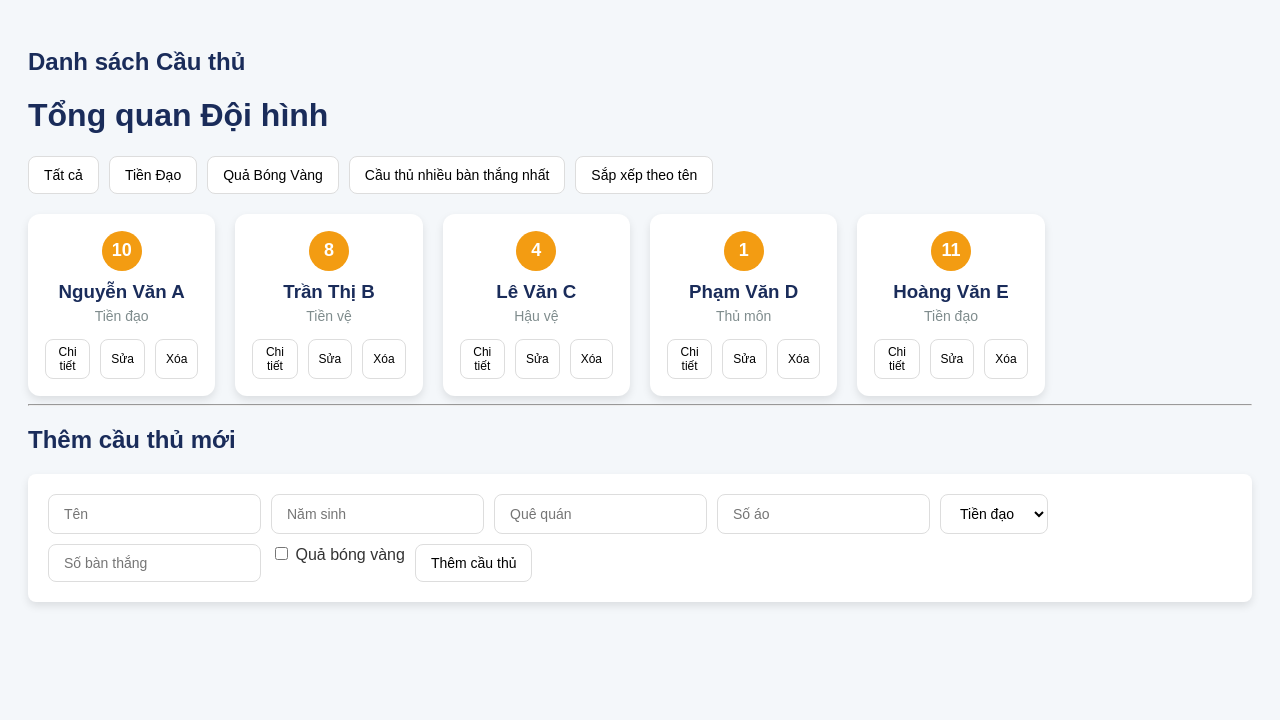
Repository: binhphanbp/ECMAScript_WEB501_WD20301
Page: Lab/Lab6-final/index.html
An editor plug-in stored every save of this project. The page is shown before and after the next save, followed by the edit.
The browser window is 1280 px wide. The pictures show the whole page.

Above is the page before, as saved 2025-10-14 08:50:29.

### Lab/Lab6-final/index.html
<!DOCTYPE html>
<html lang="vi">
  <head>
    <meta charset="UTF-8" />
    <meta name="viewport" content="width=device-width, initial-scale=1.0" />
    <title>Quản Lý Đội Hình</title>
    <link rel="stylesheet" href="style.css" />
  </head>
  <body>
    <div class="app-layout">
      <aside class="sidebar">
        <div class="sidebar-header">
          <h2>Danh sách Cầu thủ</h2>
        </div>
        <ul id="sidebar-player-list" class="sidebar-list"></ul>
      </aside>

      <main class="main-content">
        <h1>Tổng quan Đội hình</h1>
        <div class="controls">
          <button id="btn-all">Tất cả</button>
          <button id="btn-forwards">Tiền Đạo</button>
          <button id="btn-golden-ball">Quả Bóng Vàng</button>
          <button id="btn-top-scorer">Cầu thủ nhiều bàn thắng nhất</button>
          <button id="btn-sort-by-name">Sắp xếp theo tên</button>
        </div>

        <div id="player-list" class="player-grid"></div>

        <hr />

        <h2>Thêm cầu thủ mới</h2>
        <form id="add-player-form">
          <input type="text" id="name" placeholder="Tên" required />
          <input type="number" id="birthYear" placeholder="Năm sinh" required />
          <input type="text" id="hometown" placeholder="Quê quán" required />
          <input type="number" id="jerseyNumber" placeholder="Số áo" required />
          <select id="position" required>
            <option value="Tiền đạo">Tiền đạo</option>
            <option value="Tiền vệ">Tiền vệ</option>
            <option value="Hậu vệ">Hậu vệ</option>
            <option value="Thủ môn">Thủ môn</option>
          </select>
          <input type="number" id="goals" placeholder="Số bàn thắng" required />
          <label>
            <input type="checkbox" id="isBallonDorWinner" /> Quả bóng vàng
          </label>
          <button type="submit">Thêm cầu thủ</button>
        </form>
      </main>
    </div>

    <script type="module" src="js/main.js"></script>
  </body>
</html>

### Lab/Lab6-final/style.css
/* style.css */
body {
  font-family: Arial, sans-serif;
  background-color: #f4f7fa;
  color: #333;
  display: flex;
  justify-content: center;
  padding: 20px;
}
.container {
  width: 100%;
  max-width: 900px;
}
h1,
h2 {
  color: #1a2c5a;
}
.controls {
  margin-bottom: 20px;
  display: flex;
  flex-wrap: wrap;
  gap: 10px;
}
button,
select,
input {
  padding: 10px 15px;
  border: 1px solid #ddd;
  border-radius: 8px;
  background-color: #fff;
  cursor: pointer;
  font-size: 14px;
}
button:hover {
  background-color: #e9eff5;
}
button.active {
  background-color: #0056b3;
  color: white;
  border-color: #0056b3;
}
.player-grid {
  display: grid;
  grid-template-columns: repeat(auto-fill, minmax(180px, 1fr));
  gap: 20px;
}
.player-card {
  background-color: white;
  border-radius: 12px;
  padding: 15px;
  text-align: center;
  box-shadow: 0 4px 8px rgba(0, 0, 0, 0.1);
  transition: transform 0.2s;
  border: 2px solid transparent;
}
.player-card:hover {
  transform: translateY(-5px);
  border-color: #0056b3;
}
.player-card .jersey-number {
  width: 40px;
  height: 40px;
  border-radius: 50%;
  background-color: #f39c12;
  color: white;
  display: flex;
  align-items: center;
  justify-content: center;
  font-weight: bold;
  font-size: 18px;
  margin: 0 auto 10px;
}
.player-card h3 {
  margin: 0 0 5px 0;
  color: #1a2c5a;
}
.player-card p {
  margin: 0;
  color: #7f8c8d;
  font-size: 14px;
}
.player-card .actions {
  margin-top: 15px;
  display: flex;
  justify-content: center;
  gap: 10px;
}
.actions button {
  padding: 5px 10px;
  font-size: 12px;
}
form {
  display: flex;
  flex-wrap: wrap;
  gap: 10px;
  background-color: #fff;
  padding: 20px;
  border-radius: 8px;
  box-shadow: 0 4px 8px rgba(0, 0, 0, 0.1);
}

### Lab/Lab6-final/js/main.js
// js/main.js
import Player from './models/Player.js';

// ✅ Yêu cầu: arr lưu mảng danh sách cầu thủ
let playerList = [
  new Player('Nguyễn Văn A', 1995, 'Hà Nội', 10, 'Tiền đạo', 25, true),
  new Player('Trần Thị B', 1998, 'Đà Nẵng', 8, 'Tiền vệ', 10),
  new Player('Lê Văn C', 1993, 'TP.HCM', 4, 'Hậu vệ', 2),
  new Player('Phạm Văn D', 1999, 'Cần Thơ', 1, 'Thủ môn', 0),
  new Player('Hoàng Văn E', 1997, 'Hải Phòng', 11, 'Tiền đạo', 30),
];

// Lấy các element từ DOM
const playerListContainer = document.getElementById('player-list');
const addPlayerForm = document.getElementById('add-player-form');

/**
 * Hàm render danh sách cầu thủ ra giao diện
 * @param {Player[]} players - Mảng các cầu thủ cần hiển thị
 */
const renderPlayers = (players) => {
  playerListContainer.innerHTML = ''; // Xóa danh sách cũ

  players.forEach((player, index) => {
    // Tạo card cho mỗi cầu thủ
    const playerCard = document.createElement('div');
    playerCard.className = 'player-card';
    playerCard.innerHTML = `
            <div class="jersey-number">${player.jerseyNumber}</div>
            <h3>${player.name}</h3>
            <p>${player.position}</p>
            <div class="actions">
                <button class="btn-detail" data-index="${index}">Chi tiết</button>
                <button class="btn-edit" data-index="${index}">Sửa</button>
                <button class="btn-delete" data-index="${index}">Xóa</button>
            </div>
        `;
    playerListContainer.appendChild(playerCard);
  });
};

/**
 * Xử lý các sự kiện click trên các nút trong card cầu thủ
 */
const handlePlayerCardActions = (event) => {
  const target = event.target;
  const playerIndex = target.dataset.index;

  if (!playerIndex) return;

  const player = playerList[playerIndex];

  // ✅ Yêu cầu: Lấy chi tiết thông tin: quê quán, tuổi của cầu thủ
  if (target.classList.contains('btn-detail')) {
    alert(`
            --- Chi tiết cầu thủ ---
            Tên: ${player.name}
            Tuổi: ${player.getAge()}
            Quê quán: ${player.getHometown()}
            Vị trí: ${player.getPosition()}
            Số bàn thắng: ${player.getGoals()}
        `);
  }

  // ✅ Yêu cầu: Sửa quê quán
  if (target.classList.contains('btn-edit')) {
    const newHometown = prompt(
      `Nhập quê quán mới cho ${player.name}:`,
      player.getHometown()
    );
    if (newHometown) {
      player.setHometown(newHometown);
      alert(`Đã cập nhật quê quán cho ${player.name}.`);
      // Không cần render lại vì thông tin này chỉ hiện ở alert
    }
  }

  // ✅ Yêu cầu tự thêm (CRUD): Xóa cầu thủ
  if (target.classList.contains('btn-delete')) {
    const confirmDelete = confirm(
      `Bạn có chắc muốn xóa cầu thủ ${player.name}?`
    );
    if (confirmDelete) {
      playerList.splice(playerIndex, 1); // Xóa khỏi mảng
      renderPlayers(playerList); // Render lại danh sách
    }
  }
};

// =================================================================
// XỬ LÝ CÁC BỘ LỌC VÀ CHỨC NĂNG
// =================================================================

// ✅ Yêu cầu: Tìm cầu thủ là quả bóng vàng
document.getElementById('btn-golden-ball').addEventListener('click', () => {
  const goldenBallPlayers = playerList.filter((player) =>
    player.isGoldenBallWinner()
  );
  renderPlayers(goldenBallPlayers);
});

// ✅ Yêu cầu: Cầu thủ ở vị trí tiền đạo
document.getElementById('btn-forwards').addEventListener('click', () => {
  const forwards = playerList.filter(
    (player) => player.getPosition() === 'Tiền đạo'
  );
  renderPlayers(forwards);
});

// Hiển thị tất cả
document.getElementById('btn-all').addEventListener('click', () => {
  renderPlayers(playerList);
});

// ✅ Yêu cầu: Lấy số bàn thắng lớn nhất
document.getElementById('btn-top-scorer').addEventListener('click', () => {
  if (playerList.length === 0) {
    alert('Không có cầu thủ nào trong danh sách.');
    return;
  }
  const topScorer = playerList.reduce((prev, current) =>
    prev.getGoals() > current.getGoals() ? prev : current
  );
  alert(
    `Cầu thủ có nhiều bàn thắng nhất là ${
      topScorer.name
    } với ${topScorer.getGoals()} bàn.`
  );
  renderPlayers([topScorer]); // Chỉ hiển thị cầu thủ này
});

// ✅ Yêu cầu tự thêm: Sắp xếp danh sách cầu thủ theo tên (A-Z)
document.getElementById('btn-sort-by-name').addEventListener('click', () => {
  const sortedList = [...playerList].sort((a, b) =>
    a.name.localeCompare(b.name)
  );
  renderPlayers(sortedList);
});

// ✅ Yêu cầu tự thêm (CRUD): Thêm cầu thủ mới
addPlayerForm.addEventListener('submit', (event) => {
  event.preventDefault(); // Ngăn form reload trang

  const newPlayer = new Player(
    document.getElementById('name').value,
    parseInt(document.getElementById('birthYear').value),
    document.getElementById('hometown').value,
    parseInt(document.getElementById('jerseyNumber').value),
    document.getElementById('position').value,
    parseInt(document.getElementById('goals').value),
    document.getElementById('isBallonDorWinner').checked
  );

  playerList.push(newPlayer);
  renderPlayers(playerList);
  addPlayerForm.reset(); // Xóa các trường trong form
});

// =================================================================
// KHỞI TẠO ỨNG DỤNG
// =================================================================

// ✅ Yêu cầu Lab 6: sự kiện onload
window.addEventListener('DOMContentLoaded', () => {
  console.log('DOM đã tải xong. Bắt đầu ứng dụng.');
  renderPlayers(playerList);

  // Gán 1 event listener cho toàn bộ container để xử lý các click bên trong nó
  playerListContainer.addEventListener('click', handlePlayerCardActions);
});

### Lab/Lab6-final/js/models/Player.js
// js/models/Player.js
import Person from './Person.js'; // Import class cha

class Player extends Person {
  constructor(
    name,
    birthYear,
    hometown,
    jerseyNumber,
    position,
    goals,
    isBallonDorWinner = false
  ) {
    // Gọi constructor của class cha (Person)
    super(name, birthYear, hometown);

    this.jerseyNumber = jerseyNumber;
    this.position = position;
    this.goals = goals;
    this.isBallonDorWinner = isBallonDorWinner; // Cầu thủ có phải quả bóng vàng không
  }

  // Ghi đè phương thức getInfo của cha để thêm thông tin cầu thủ
  getInfo() {
    const personInfo = super.getInfo();
    return `${personInfo}\nSố áo: ${this.jerseyNumber}, Vị trí: ${this.position}, Số bàn thắng: ${this.goals}`;
  }

  // Kiểm tra có phải quả bóng vàng không
  isGoldenBallWinner() {
    return this.isBallonDorWinner;
  }

  // Lấy vị trí
  getPosition() {
    return this.position;
  }

  // Lấy số bàn thắng
  getGoals() {
    return this.goals;
  }
}

// Export class để file khác có thể import
export default Player;

### Lab/Lab6-final/js/models/Person.js
// js/models/Person.js

class Person {
  constructor(name, birthYear, hometown) {
    this.name = name;
    this.birthYear = birthYear;
    this.hometown = hometown;
  }

  // Lấy thông tin cơ bản
  getInfo() {
    return `Tên: ${this.name}, Năm sinh: ${this.birthYear}, Quê quán: ${this.hometown}`;
  }

  // Lấy tuổi
  getAge() {
    const currentYear = new Date().getFullYear();
    return currentYear - this.birthYear;
  }

  // Lấy quê quán
  getHometown() {
    return this.hometown;
  }

  // Sửa quê quán
  setHometown(newHometown) {
    this.hometown = newHometown;
    console.log(`${this.name} đã đổi quê quán thành ${this.hometown}.`);
  }
}

// Export class để file khác có thể import
export default Person;

After the next save:
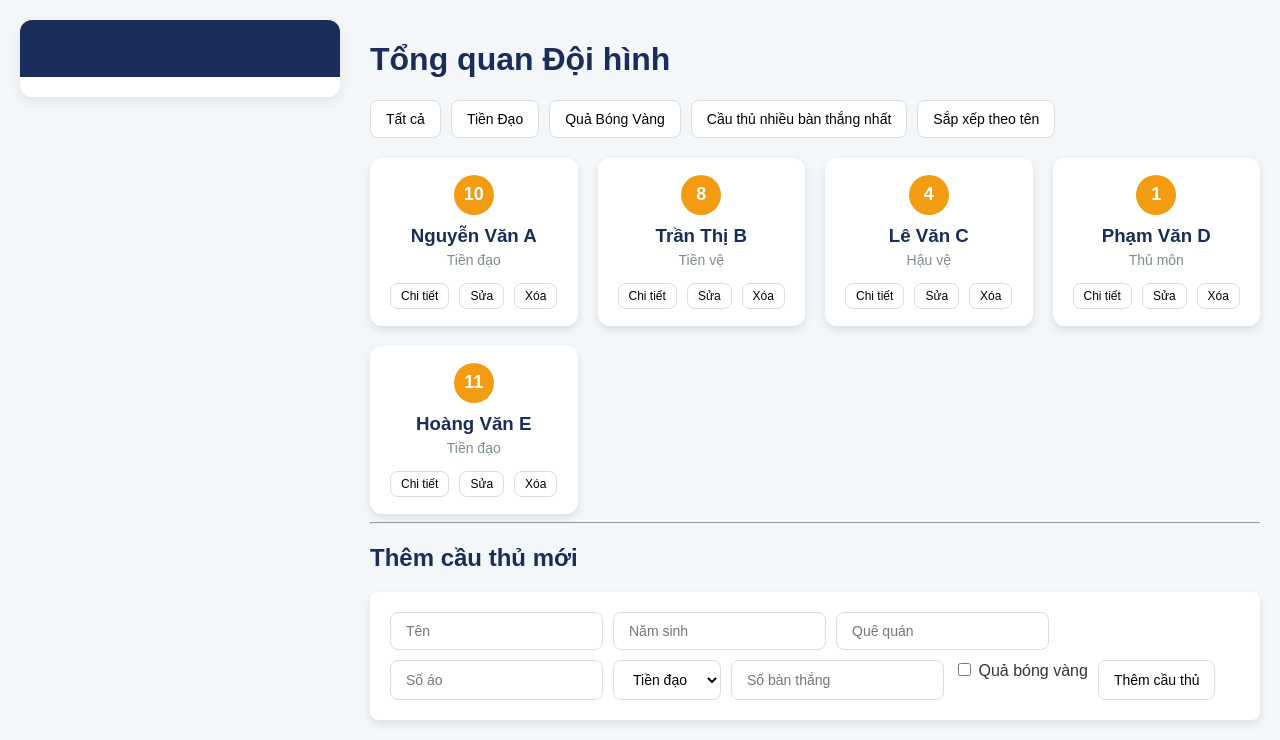
Saved 6 s later.
--- a/Lab/Lab6-final/style.css
+++ b/Lab/Lab6-final/style.css
@@ -3,14 +3,71 @@ body {
   font-family: Arial, sans-serif;
   background-color: #f4f7fa;
   color: #333;
-  display: flex;
-  justify-content: center;
+  margin: 0;
   padding: 20px;
 }
-.container {
-  width: 100%;
-  max-width: 900px;
+
+/* === BỐ CỤC 2 CỘT === */
+.app-layout {
+  display: flex;
+  gap: 30px; /* Khoảng cách giữa 2 cột */
+  max-width: 1400px;
+  margin: 0 auto;
 }
+
+/* === CỘT TRÁI - SIDEBAR === */
+.sidebar {
+  width: 320px;
+  flex-shrink: 0; /* Không co lại khi màn hình hẹp */
+  background-color: #ffffff;
+  border-radius: 12px;
+  box-shadow: 0 4px 12px rgba(0, 0, 0, 0.08);
+  height: fit-content; /* Chiều cao vừa với nội dung */
+}
+
+.sidebar-header {
+  background-color: #1a2c5a;
+  color: white;
+  padding: 18px 20px;
+  border-radius: 12px 12px 0 0;
+  margin: 0;
+}
+
+.sidebar-header h2 {
+  margin: 0;
+  font-size: 18px;
+}
+
+.sidebar-list {
+  list-style: none;
+  padding: 0 20px 20px 20px;
+  margin: 0;
+}
+
+.sidebar-list li {
+  display: flex;
+  justify-content: space-between;
+  align-items: center;
+  padding: 15px 0;
+  border-bottom: 1px solid #f0f0f0;
+}
+
+.sidebar-list li:last-child {
+  border-bottom: none;
+}
+
+.sidebar-list .player-info p {
+  margin: 0;
+  color: #7f8c8d;
+  font-size: 14px;
+}
+
+/* === CỘT PHẢI - NỘI DUNG CHÍNH === */
+.main-content {
+  flex-grow: 1; /* Lấp đầy không gian còn lại */
+}
+
+/* Các style cũ vẫn giữ nguyên */
 h1,
 h2 {
   color: #1a2c5a;
@@ -33,11 +90,6 @@ input {
 }
 button:hover {
   background-color: #e9eff5;
-}
-button.active {
-  background-color: #0056b3;
-  color: white;
-  border-color: #0056b3;
 }
 .player-grid {
   display: grid;
